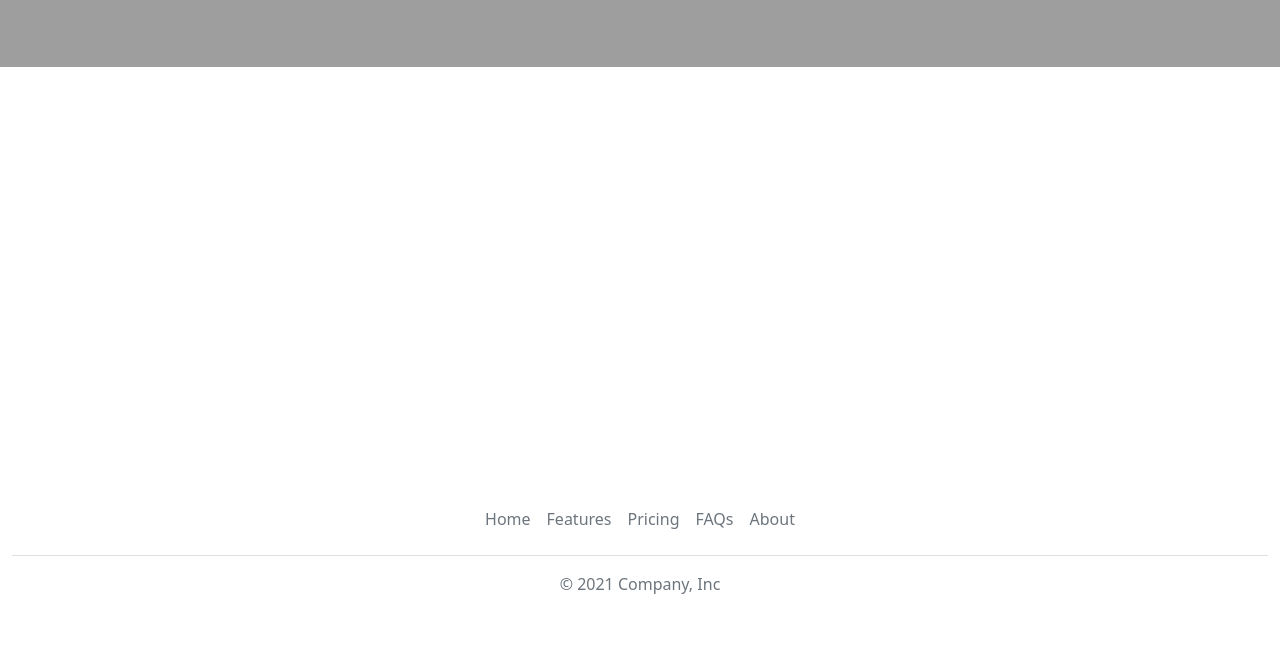
Repository: isssson/MVC2_more
Page: http://localhost/more/WEB-INF/views/request/sentRequest.jsp
An editor plug-in stored every save of this project. The page is shown before and after the next save, followed by the edit.
The browser window is 1280 px wide. The pictures show the part of the page from y = 383 to 1335 px (the page is 1035 px tall before and 1335 px after).
Pictures or frames that could not be fetched are drawn as grey boxes. Some web libraries are served in a nearby version. The page is served by Tomcat 9. Nobody is signed in. The template is opened directly, without the code that normally fills it, so the values that code supplies are empty.

Above is the page before, as saved 2021-12-11 07:42:12.

After the next save:
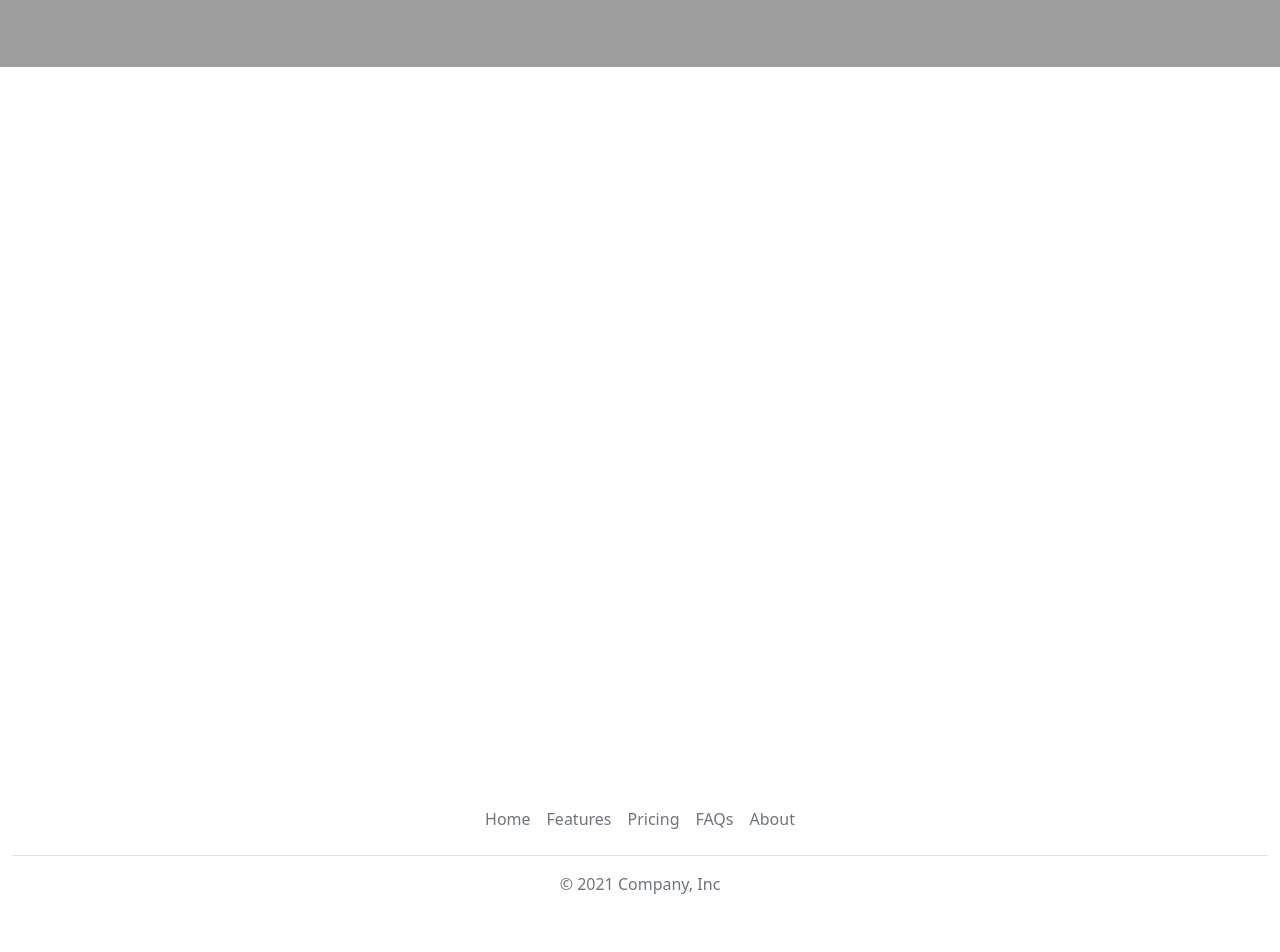
Saved 4 min 15 s later.
--- a/more/src/main/webapp/WEB-INF/views/request/sentRequest.jsp
+++ b/more/src/main/webapp/WEB-INF/views/request/sentRequest.jsp
@@ -45,7 +45,7 @@
 </head>
 <body>
 <%@ include file="/WEB-INF/views/header.jsp" %>
-<section id="section" class="bg-f4f4f4" style="height: 700px;">
+<section id="section" class="bg-f4f4f4" style="height: 1000px;">
   <div class="revMainContainer">
 		<div class="revMainTextBox">
 			<div class="revMainText">
